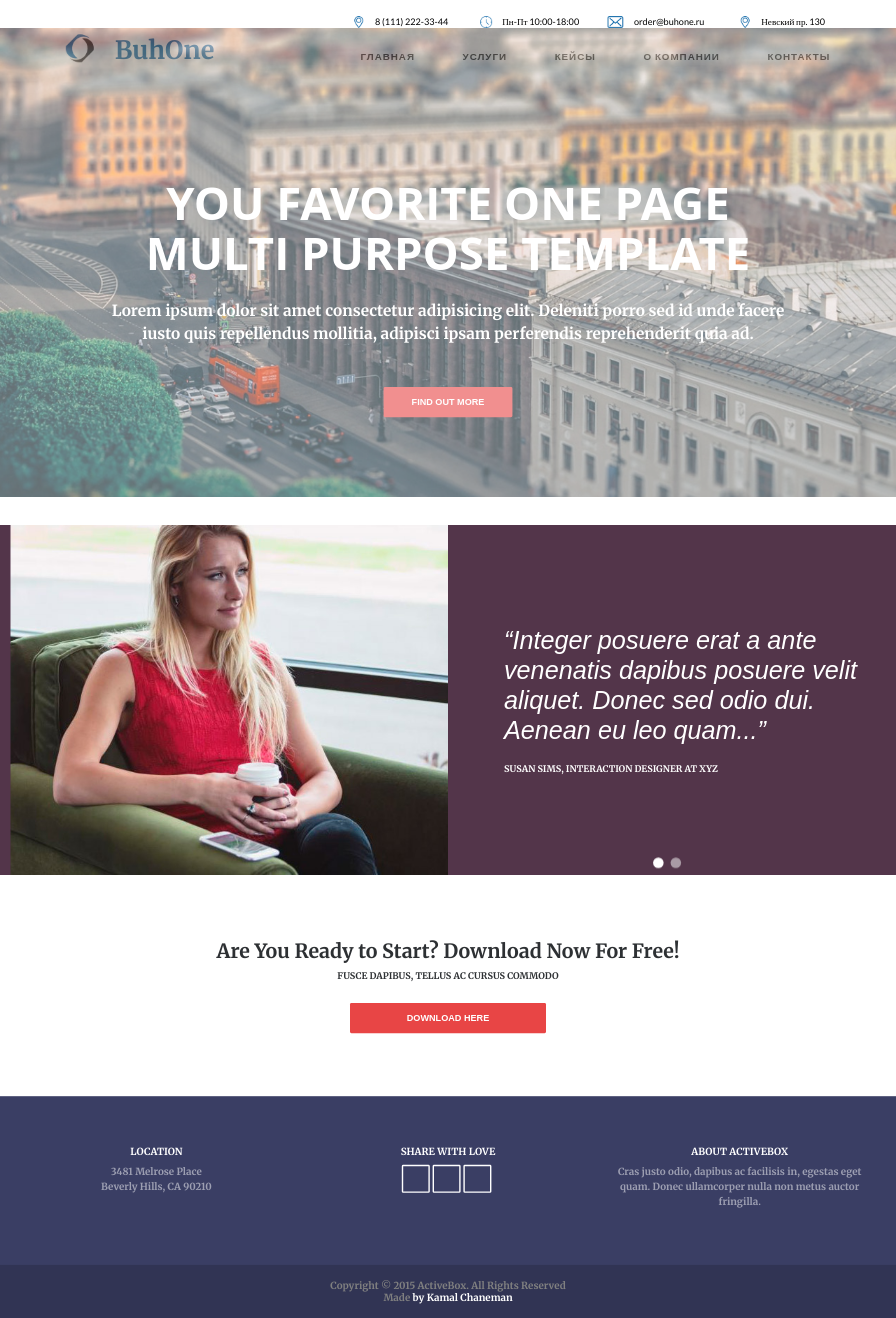
Repository: ZetsubouBilly/test
Page: index.html
An editor plug-in stored every save of this project. The page is shown before and after the next save, followed by the edit.
The browser window is 1280 px wide. The pictures show the whole page, at 70% of full size.

Above is the page before, as saved 2023-05-13 13:14:01.

After the next save:
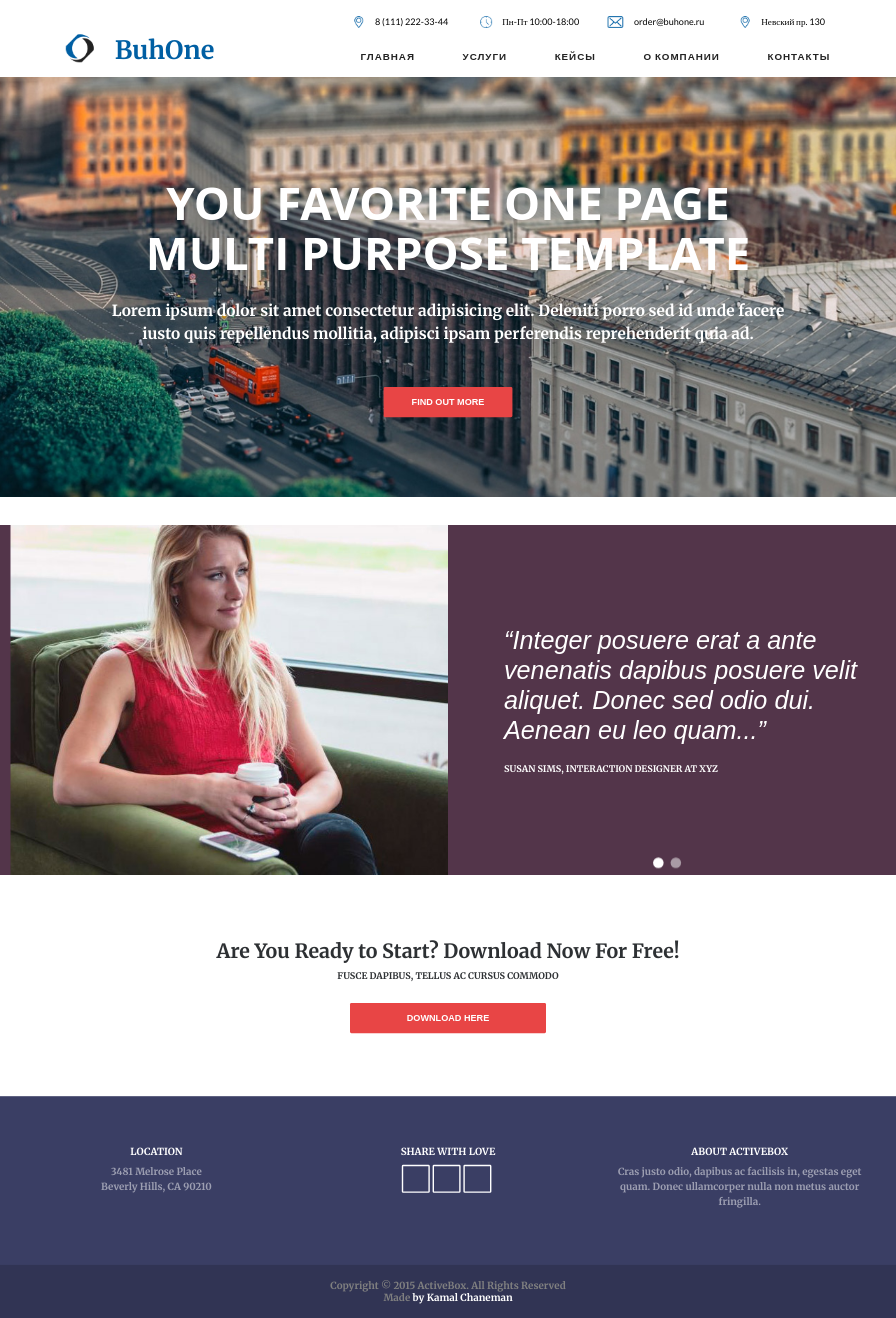
Saved 27 s later.
--- a/css/style.css
+++ b/css/style.css
@@ -180,7 +180,7 @@ p {
 
   background-size: cover;
   background:  url("../img/Rectangle.png") center no-repeat;
-  opacity: .6;
+
 }
 
 .intro__inner {
